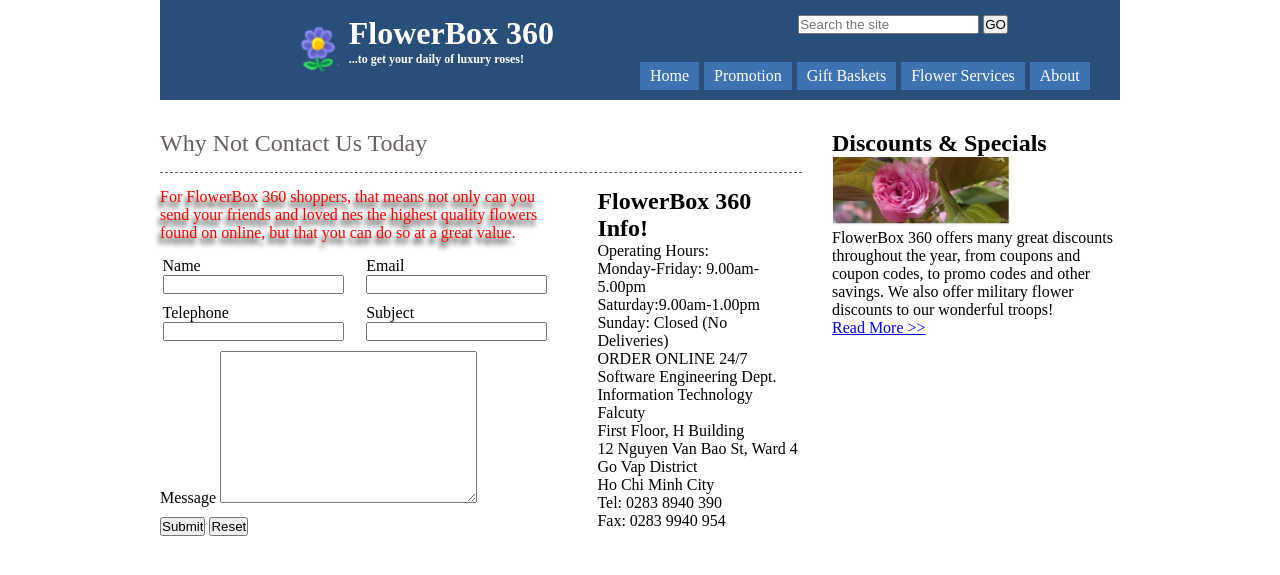
Repository: hoangnguyen1903/STT_21084321_NguyenHuyHoang_DHKHMT17B_Tuan4_DeThamKhao3
Page: html/demo.html
An editor plug-in stored every save of this project. The page is shown before and after the next save, followed by the edit.
The browser window is 1280 px wide. The pictures show the whole page.

Above is the page before, as saved 2023-03-09 14:59:44.

### html/demo.html
<!DOCTYPE html>
<html lang="en">
  <head>
    <meta charset="UTF-8" />
    <meta http-equiv="X-UA-Compatible" content="IE=edge" />
    <meta name="viewport" content="width=device-width, initial-scale=1.0" />
    <title>Demo 3</title>
    <style>
      * {
        padding: 0;
        box-sizing: border-box;
        margin: 0 auto;
      }

      .wrapper {
        width: 960px;
        height: 100%;
      }

      .header {
        width: 960px;
        height: 100px;
        background-color: #294e79;
        color: #fff;
        display: flex;
        position: relative;
      }

      .header > .header__left {
        display: flex;
        padding: 15px 20px;
      }

      .header > .header__left > img {
        padding-right: 10px;
      }

      .header > .header__left > div > h2 {
        font-size: 12px;
      }

      .header > .header__right {
        padding-top: 15px;
      }

      .header > .header__bottom {
        position: absolute;
        bottom: 10px;
        left: 50%;
        display: flex;
      }

      .header > .header__bottom > li {
        list-style: none;
        margin-right: 5px;
        background-color: #3d73b1;
        padding: 5px 10px;
      }

      .header > .header__bottom > li:hover {
        background-color: #fff;
      }

      .header > .header__bottom > li:hover > a {
        color: #000;
      }

      .header > .header__bottom > li > a {
        text-decoration: none;
        color: white;
      }

      .content {
        width: 960px;
        display: flex;
        margin-top: 30px;
      }

      .content > .content__left {
        width: calc(70% - 30px);
        margin-right: 30px;
      }

      .content > .content__left > .content__left-top {
        color: #685f5f;
        font-weight: 500;
        padding-bottom: 15px;
        border-bottom: 1px dashed #685f5f;
        margin-bottom: 15px;
      }

      .content > .content__left > .content__left-bottom {
        display: flex;
      }

      .content > .content__left > .content__left-bottom > .content__left-form {
        width: calc(70% - 30px);
        margin-right: 30px;
      }

      .content
        > .content__left
        > .content__left-bottom
        > .content__left-form
        > p {
        color: red;
        text-shadow: -2px 6px 5px #000;
        margin-bottom: 15px;
      }

      .content
        > .content__left
        > .content__left-bottom
        > .content__left-form
        > form {
        display: flex;
        flex-wrap: wrap;
      }

      .content
        > .content__left
        > .content__left-bottom
        > .content__left-form
        > form
        > div {
        width: calc(50% - 5px);
        margin-bottom: 10px;
      }

      .content
        > .content__left
        > .content__left-bottom
        > .content__left-form
        > form
        > div:nth-child(5) {
        width: 100%;
        margin-bottom: 10px;
      }

      .content
        > .content__left
        > .content__left-bottom
        > .content__left-form
        > form
        > div:nth-child(6) {
        width: 100%;
        margin-bottom: 10px;
      }

      .content > .content__right {
        width: 30%;
      }
    </style>
  </head>
  <body>
    <div class="wrapper">
      <div class="header">
        <div class="header__left">
          <img src="../img/AnhLogo.PNG" alt="Logo" class="logo" />
          <div>
            <h1>FlowerBox 360</h1>
            <h2>...to get your daily of luxury roses!</h2>
          </div>
        </div>
        <ul class="header__bottom">
          <li><a href="#">Home</a></li>
          <li><a href="#">Promotion</a></li>
          <li><a href="#">Gift Baskets</a></li>
          <li><a href="#">Flower Services</a></li>
          <li><a href="#">About</a></li>
        </ul>
        <div class="header__right">
          <input
            type="text"
            name="txt"
            id="txt"
            placeholder="Search the site"
          />
          <input type="button" value="GO" />
        </div>
      </div>
      <div class="content">
        <div class="content__left">
          <h2 class="content__left-top">Why Not Contact Us Today</h2>
          <div class="content__left-bottom">
            <div class="content__left-form">
              <p>
                For FlowerBox 360 shoppers, that means not only can you send
                your friends and loved nes the highest quality flowers found on
                online, but that you can do so at a great value.
              </p>
              <form action="">
                <div>
                  <label for="name">Name</label>
                  <input type="text" name="name" id="name" />
                </div>
                <div>
                  <label for="email">Email</label>
                  <input type="email" name="email" id="email" />
                </div>
                <div>
                  <label for="telephone">Telephone</label>
                  <input type="number" name="telephone" id="telephone" />
                </div>
                <div>
                  <label for="subject">Subject</label>
                  <input type="text" name="subject" id="subject" />
                </div>
                <div>
                  <label for="message">Message</label>
                  <textarea
                    name="message"
                    id="message"
                    cols="30"
                    rows="10"
                  ></textarea>
                </div>
                <div>
                  <input type="submit" value="Submit" />
                  <input type="reset" value="Reset" />
                </div>
              </form>
            </div>
            <div class="content__left-info">
              <h2 class="content__left-heading">FlowerBox 360 Info!</h2>
              <div>
                <p>Operating Hours:</p>
                <p>Monday-Friday: 9.00am-5.00pm</p>
                <p>Saturday:9.00am-1.00pm</p>
                <p>Sunday: Closed (No Deliveries)</p>
                <p>ORDER ONLINE 24/7</p>
              </div>
              <div>
                <p>Software Engineering Dept.</p>
                <p>Information Technology Falcuty</p>
                <p>First Floor, H Building</p>
              </div>
              <div>
                <p>12 Nguyen Van Bao St, Ward 4</p>
                <p>Go Vap District</p>
                <p>Ho Chi Minh City</p>
                <p>Tel: 0283 8940 390</p>
                <p>Fax: 0283 9940 954</p>
              </div>
            </div>
          </div>
        </div>
        <div class="content__right">
          <h2 class="content__right-top">Discounts & Specials</h2>
          <div class="content__right-bottom">
            <img src="../img/flower.PNG" alt="Flower" />
            <p>
              FlowerBox 360 offers many great discounts throughout the year,
              from coupons and coupon codes, to promo codes and other savings.
              We also offer military flower discounts to our wonderful troops!
            </p>
            <a href="#">Read More >></a>
          </div>
        </div>
      </div>
      <div class="footer"></div>
    </div>
  </body>
</html>

After the next save:
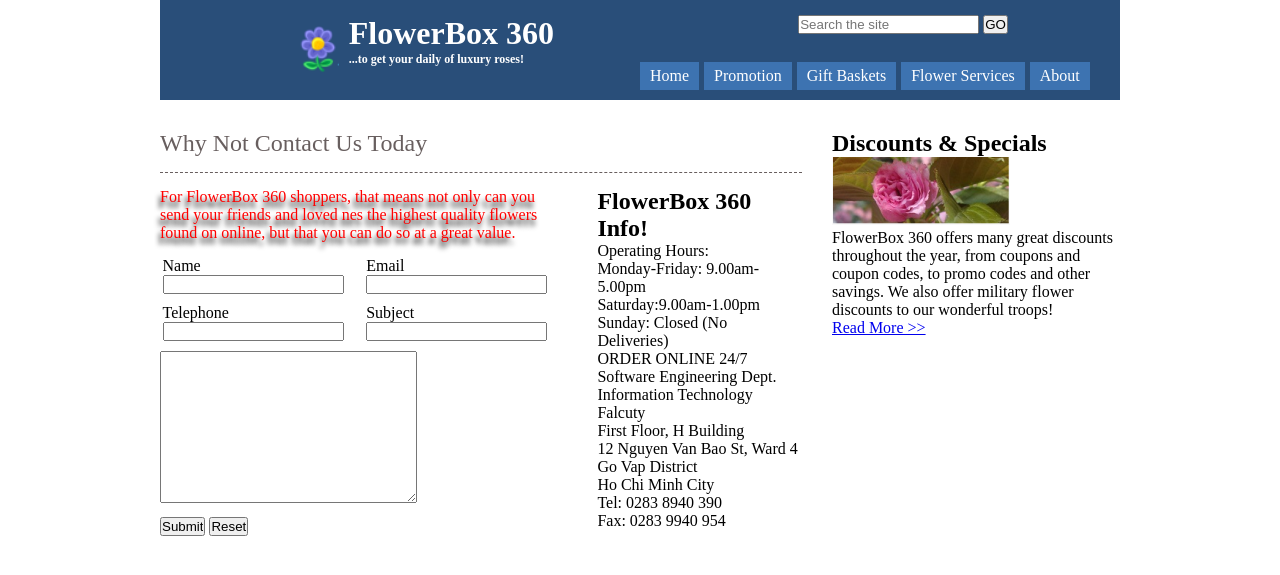
Saved 18 s later.
--- a/html/demo.html
+++ b/html/demo.html
@@ -207,7 +207,7 @@
                   <input type="text" name="subject" id="subject" />
                 </div>
                 <div>
-                  <label for="message">Message</label>
+                  <!-- <label for="message">Message</label> -->
                   <textarea
                     name="message"
                     id="message"
